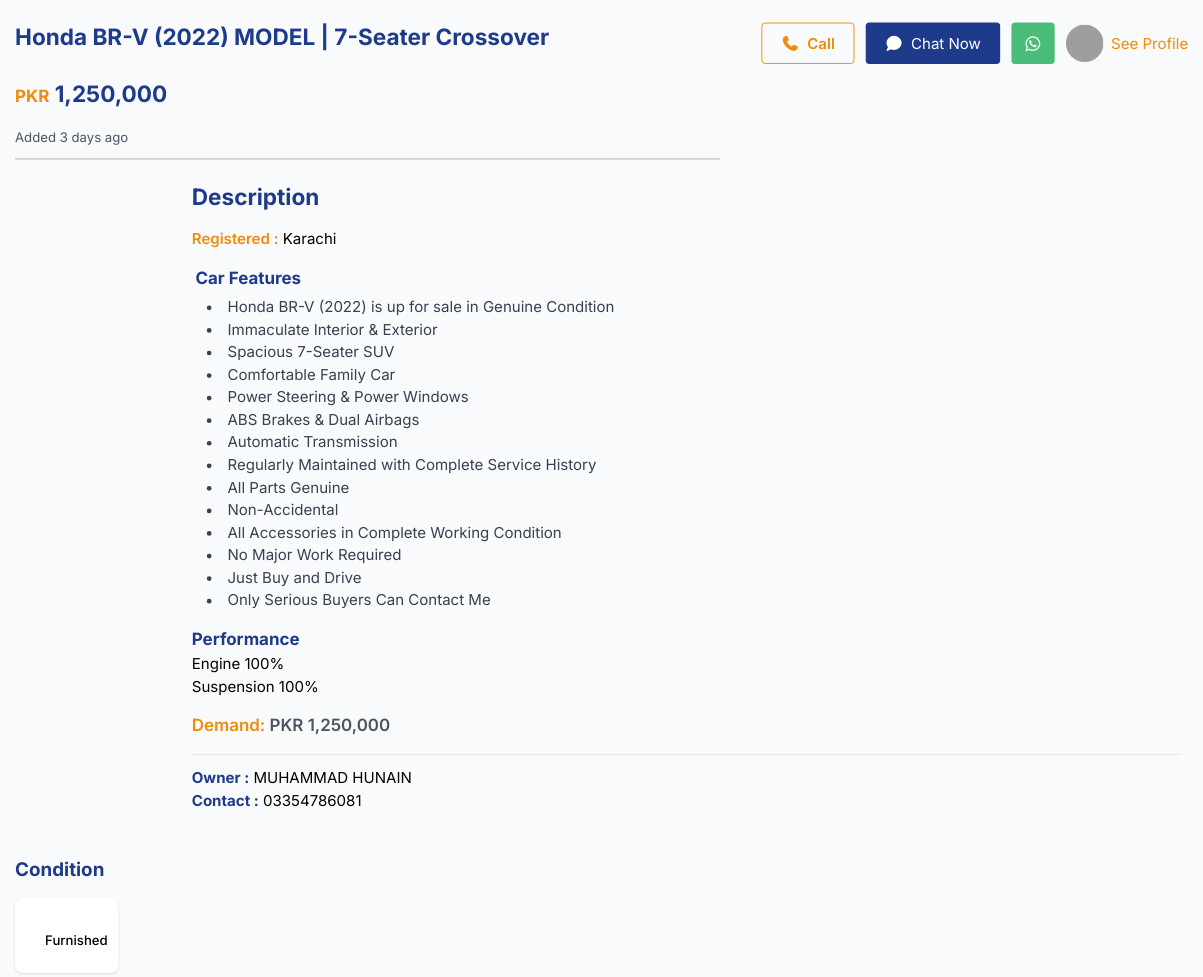
Repository: ARFA-SAEED/miljayega
Page: src/motorsPage/bikes_1.html
These files come from the project's save history. The page is drawn as it stood at one moment and after the next save; the edit follows.
The browser window is 1280 px wide. The pictures show the part of the page from y = 633 to 1672 px (the page is 2654 px tall), at 94% of full size.
Pictures or frames that could not be fetched are drawn as grey boxes. A picture or video elsewhere on the page could not be fetched, so the positions and the page height are approximate. Some web fonts or font styles are not loaded; a fallback is used. Some web libraries are served in a nearby version.

Above is the page before, as saved 2025-08-25 13:31:55.

After the next save:
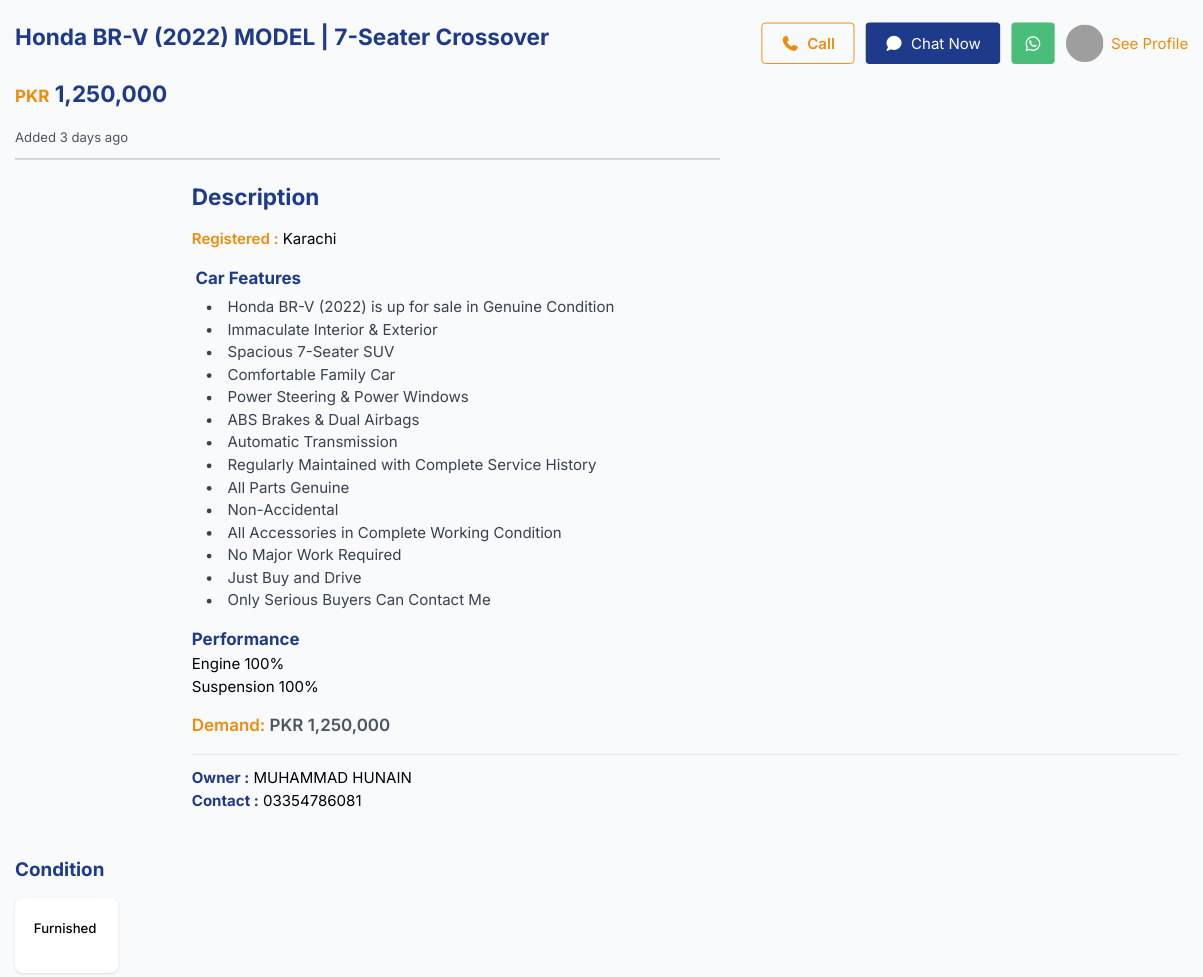
Saved 4 s later.
--- a/src/motorsPage/bikes_1.html
+++ b/src/motorsPage/bikes_1.html
@@ -189,7 +189,7 @@
     <div class="container mx-auto px-4 mt-6">
         <h1 class="text-blue-900 font-bold text-xl">Condition</h1>
 
-        <div class=" mt-4 shadow rounded-lg h-20 w-[110px] bg-white p-8">
+        <div class=" mt-4 shadow rounded-lg h-20 w-[110px] bg-white p-5">
 
             <span class="text-sm font-medium">Furnished</span>
         </div>
